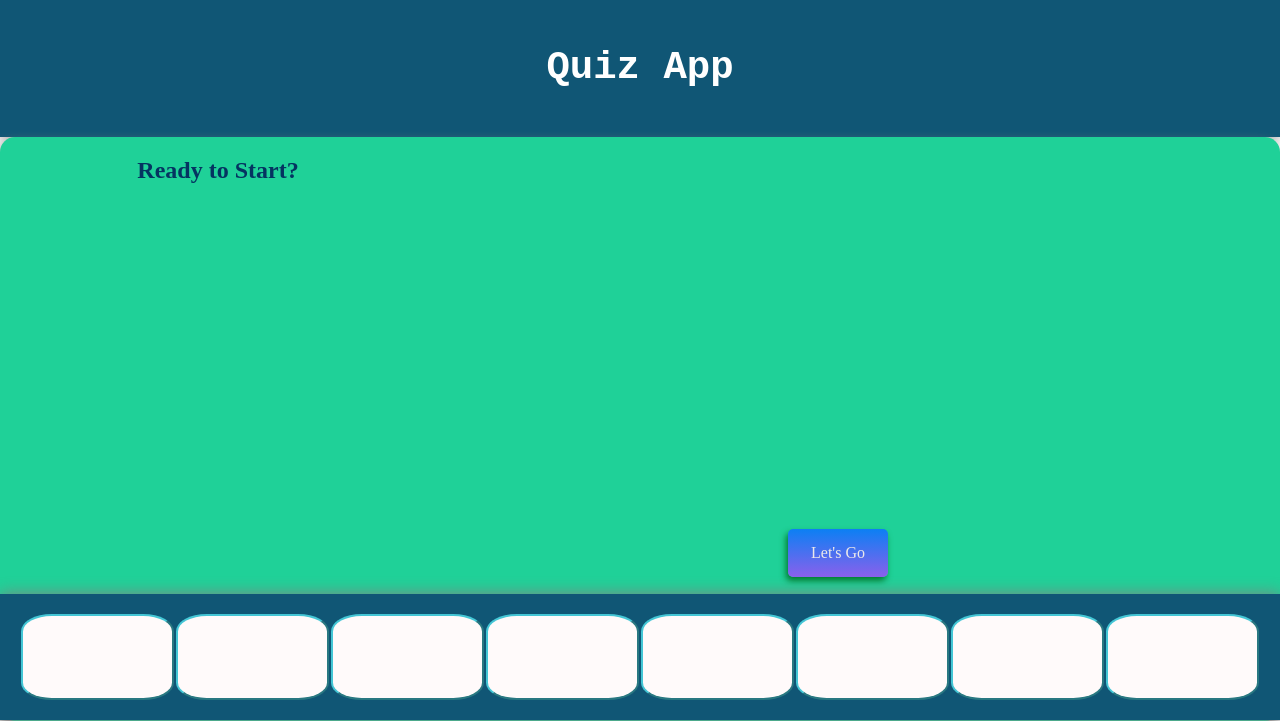
Repository: tpic12/quiz_app
Page: index.html
An editor plug-in stored every save of this project. The page is shown before and after the next save, followed by the edit.
The browser window is 1280 px wide. The pictures show the whole page.

Above is the page before, as saved 2019-12-28 15:43:12.

### index.html
<!DOCTYPE html>
<html lang="en">

<head>
  <meta charset="UTF-8">
  <meta name="viewport" content="width=device-width, initial-scale=1.0">
  <meta http-equiv="X-UA-Compatible" content="ie=edge">
  <title>Quiz App</title>
  <link href="https://cdnjs.cloudflare.com/ajax/libs/normalize/8.0.1/normalize.min.css" rel="stylesheet"
    type="text/css" />
  <link href="app.css" rel="stylesheet" type="text/css" />
</head>

<body>
  <header>
    <section class='banner'>
      <h1>Quiz App</h1>
    </section>
  </header>
  <main class='display'>

  </main>
  <footer>
    <section class='counts'>
        <div class='count 0'></div>
        <div class='count 1'></div>
        <div class='count 2'></div>
        <div class='count 3'></div>
        <div class='count 4'></div>
        <div class='count 5'></div>
        <div class='count 6'></div>
        <div class='count 7'></div>
    </section>
  </footer>
  <script src="https://code.jquery.com/jquery-3.4.1.slim.js" crossorigin="anonymous"></script>
  <script src="app.js"></script>
</body>

</html>

### app.css
/* Your styles should be mobile-first and responsive */

/**
  * If you are unclear on how to utilize a mobile-first, responsive technique to write your CSS, here is an example:
  *
  * https://github.com/andreacardybailey/responsive_example/blob/master/styles/responsive-base.css
  *
*/
* {
  box-sizing: border-box;
  margin: 0 auto;
}

.banner h1 {
  font-family: monospace;
  font-size: 3em;
}

.banner,
footer {
  color: white;
  font-family: monospace;
  padding: 20px;
  width: 100%;
  text-align: center;
  background-color: hsl(198, 76%, 26%);
  box-shadow: 0px 0px 15px grey;
  border-bottom: none;
  left: 0;
}

.main_card {
  display: flex;
  min-width: 40vw;
  min-height: 40vh;
  text-align: center;
  justify-content: center;
  align-content: space-around;
  background-color: hsl(161, 74%, 47%);
  border-radius: 15px;
  padding: 20px;
  border: none;
  box-shadow: -2px 6px 12px grey;
}

button {
  margin: 30%;
  margin-bottom: 10%;
  color: hsl(0, 7%, 92%);
  background: linear-gradient(180deg, hsl(210, 91%, 50%), hsl(258, 78%, 65%));
  border: none;
  max-width: 130px;
  min-width: 100px;
  border-radius: 5px;
  padding: 15px;
  box-shadow: -2px 4px 6px hsl(142, 98%, 24%);
}

.main_card > form#qForm {
  display: flex;
  flex-flow: column wrap;
  justify-content: center;
  text-align: center;
  margin: 0 auto;
  width: 60vw;
}

.main_card > h2 {
  justify-self: center;
  font-weight: bolder;
  color: hsl(210, 90%, 20%);
}

#qForm > div {
  margin-left: 5vw;
  margin-right: auto;
}

footer {
  position: fixed;
  bottom: 0;
  left: 0;
  max-height: 20vh;
}

.counts {
  display: flex;
  justify-content: space-evenly;
}

.count {
  border: 2px outset hsl(186, 63%, 55%);
  font-family: 'Gill Sans', 'Gill Sans MT', Calibri, 'Trebuchet MS', sans-serif;
  border-radius: 20%;
  flex-direction: row;
  width: 12vw;
  height: 12vh;
  background-color: hsl(0, 100%, 99%);
  padding: 15px;
  -webkit-border-radius: 20%;
  -moz-border-radius: 20%;
  -ms-border-radius: 20%;
  -o-border-radius: 20%;
}

h1 {
  font-family: sans-serif;
}

.green {
  background-color: green !important;
}

.red {
  background-color: red !important;
}

#snackbar > p {
  visibility: hidden;
  min-width: 15vw;

  color: #fff;
  text-align: center;
  align-content: flex-start;
  padding: 5px;
  position: absolute;
  z-index: 1;
  left: ;
  top: -30px;
}

#snackbar.show {
  visibility: visible;
  /-webkit-animation: fadein 0.5s, fadeout 0.5s 2.5s;
  animation: fadein 0.5s, fadeout 0.5s 2.5s;
}

@media screen and (max-width: 450px) {
  .main_card {
    flex-flow: row wrap;
    max-width: 90vw;
  }

  #qForm {
    font-size: 0.8em;
    padding: 5px !important;
    margin: 5px;
    flex-flow: column wrap !important;
  }
  #qForm > div {
    margin-left: 15px;
    margin-right: auto;
  }
  #qForm > input {
    display: inline-block !important;
  }

  #qForm > label {
    display: inline-block !important;
  }
  footer {
    height: 40vh;
    overflow: scroll;
  }
  .counts {
    flex-direction: column;
  }

  .count {
    width: 100%;
    margin: 5px;
    height: 20px;
    border: 1px solid aquamarine;
    border-radius: 0;
    -webkit-border-radius: 0;
    -moz-border-radius: 0;
    -ms-border-radius: 0;
    -o-border-radius: 0;
  }
}

### app.js
/**
 * Example store structure
 */
'use strict';

const STORE = {
  // 5 or more questions are required
  questions: [
    {
      question: 'How many items in a bakers dozen??',
      answers: ['11', '12', '13', '3'],
      correctAnswer: '13'
    },
    {
      question: 'What month is Oktoberfest held?',
      answers: ['September', 'October', 'Every Month', 'August'],
      correctAnswer: 'September'
    },
    {
      question: 'What color is an Orange Blossom?',
      answers: ['Red', 'Orange', 'Pink', 'White'],
      correctAnswer: 'White'
    },
    {
      question: 'Where did the Panama Hat originate?',
      answers: ['Ecuador', 'Panama', 'China', 'Cuba'],
      correctAnswer: 'Ecuador'
    },
    {
      question: 'What are toy marbles made from?',
      answers: ['Plastic', 'Quartz', 'Diamond', 'Glass'],
      correctAnswer: 'Glass'
    },
    {
      question: 'How many gallons are in a ten-gallon hat?',
      answers: [
        'Half a Gallon',
        'Ten-Gallons',
        'Three-Fourths of a Gallon',
        'Give-Gallon'
      ],
      correctAnswer: 'Three-Fourths of a Gallon'
    },
    {
      question: 'What is the biggest animal to ever live?',
      answers: ['Mammoth', 'T-Rex', 'Blue Whale', 'Brontosaurus'],
      correctAnswer: 'Blue Whale'
    },
    {
      question: 'Where is the red-bellied woodpecker predominately red?',
      answers: ['Head', 'Wings', 'Feet', 'Belly'],
      correctAnswer: 'Head'
    }
  ],
  questionNumber: 0,
  score: 0,
  quizStart: false
};

/**
 *
 * Your app should include a render() function, that regenerates
 * the view each time the store is updated. See your course
 * material, consult your instructor, and reference the slides
 * for more details.
 *
 * NO additional HTML elements should be added to the index.html file.
 *
 * You may add attributes (classes, ids, etc) to the existing HTML elements, or link stylesheets or additional scripts if necessary
 *
 */

/**
 * This function renders the quiz after you start, ...
 * answer a question, or restart the quiz
 */
function renderStartQuiz() {
  const mainCard = `<section class="main_card">
      <h2>Ready to Start?</h2>
      <button type='submit' id='start_quiz'>Let's Go</button>
    </section>`;

  $('.display').html(mainCard);

  $('.display').on('click', '#start_quiz', function(event) {
    event.preventDefault();
    STORE.quizStart = true;
    $('.main_card')
      .children()
      .remove();
    handleQuiz();
  });
}
/**
 * renders question one at a time depending on question number
 */
function renderQuestion() {
  if (
    STORE.questionNumber === STORE.questions.length &&
    STORE.questionNumber > 1
  ) {
    renderResults();
  } else {
    const qCard = `<h2>${STORE.questions[STORE.questionNumber].question}</h2>
    <form id="qForm">
<div>
        <input type='radio' name='answer' id='q1' value="${
          STORE.questions[STORE.questionNumber].answers[0]
        }"/><label for='q1' id='0'>${
      STORE.questions[STORE.questionNumber].answers[0]
    }</label>
</div>
<div>
        <input type='radio' name='answer' id='q2' value="${
          STORE.questions[STORE.questionNumber].answers[1]
        }"/><label for='q2' id='1'>${
      STORE.questions[STORE.questionNumber].answers[1]
    }</label></div>

    <div>
        <input type='radio' name='answer' id='q3' value="${
          STORE.questions[STORE.questionNumber].answers[2]
        }"/><label for='q3' id='2'>${
      STORE.questions[STORE.questionNumber].answers[2]
    }</label>
</div><div>
        <input type='radio' name='answer' id='q4' value="${
          STORE.questions[STORE.questionNumber].answers[3]
        }"/><label for='q4' id='3'>${
      STORE.questions[STORE.questionNumber].answers[3]
    }</label></div><br>
    <form>
    <button type='submit' id='submit_answer'>Final Answer</button>`;

    $('.main_card').html(qCard);
    $('input:checked').on('su');
    $('.main_card').on('click', '#submit_answer', function(event) {
      event.preventDefault();
      checkAnswer();
      //original next question spot

      $('.main_card')
        .children()
        .remove();

      handleQuiz();
    });
  }
}
/**
 * renders results page

 */

function generateResults(finalScore, numberOfQuestions) {
  return `<h2>You scored ${finalScore} out of ${numberOfQuestions}!</h2><button id='restart'>Restart Quiz</button>`;
}

/* Render results element with button that restarts the quiz*/
function renderResults() {
  let score = STORE.score;
  let num = STORE.questionNumber;

  $('.main_card').html(generateResults(score, num));
  $('#restart').click(function(event) {
    event.preventDefault();
    console.log('Restarting Quiz');

    STORE.questionNumber = 0;
    STORE.score = 0;
    $('.count')
      .removeClass('snackbar')
      .removeClass('red')
      .removeClass('green')
      .removeClass('show')
      .text('');
    renderStartQuiz();
  });
}

/**
 * this function checks the correctnes of the answer
 */
function checkAnswer() {
  let form = document.getElementById('qForm');
  let ans = form['answer'];
  for (let i = 0; i < ans.length; i++) {
    //is a button checked
    if (ans[i].checked) {
      //compare value of ans[i] to correct answer
      if (
        ans[i].value === STORE.questions[STORE.questionNumber].correctAnswer
      ) {
        scoreKeeper(true);
      } else {
        scoreKeeper(false);
      }
    }
  }
}

function generateAnswerSnackbar(questionAnswer) {
  return `<div class=.${STORE.questionNumber}>
              <p>Sorry, the correct answer is ${questionAnswer}</p>
          </div>`;
}

function scoreKeeper(bool) {
  if (bool === true) {
    console.log('plus 1 point');
    STORE.score++;
    $(`.${STORE.questionNumber}`)
      .addClass('green')
      .addClass('snackbar')
      .html(`<p>Correct!</p>`);
    $('section.main_card');
    console.log('next q!');
    STORE.questionNumber++;
  }
  if (bool === false) {
    console.log('no points for you');
    $(`.${STORE.questionNumber}`)
      .addClass('red')
      .addClass('snackbar')
      .html(
        generateAnswerSnackbar(
          STORE.questions[STORE.questionNumber].correctAnswer
        )
      );
    console.log('next q!');
    STORE.questionNumber++;
  }
}

function handleQuiz() {
  if (STORE.quizStart === false) {
    renderStartQuiz();
  } else {
    renderQuestion();
  }
}

$(handleQuiz);

After the next save:
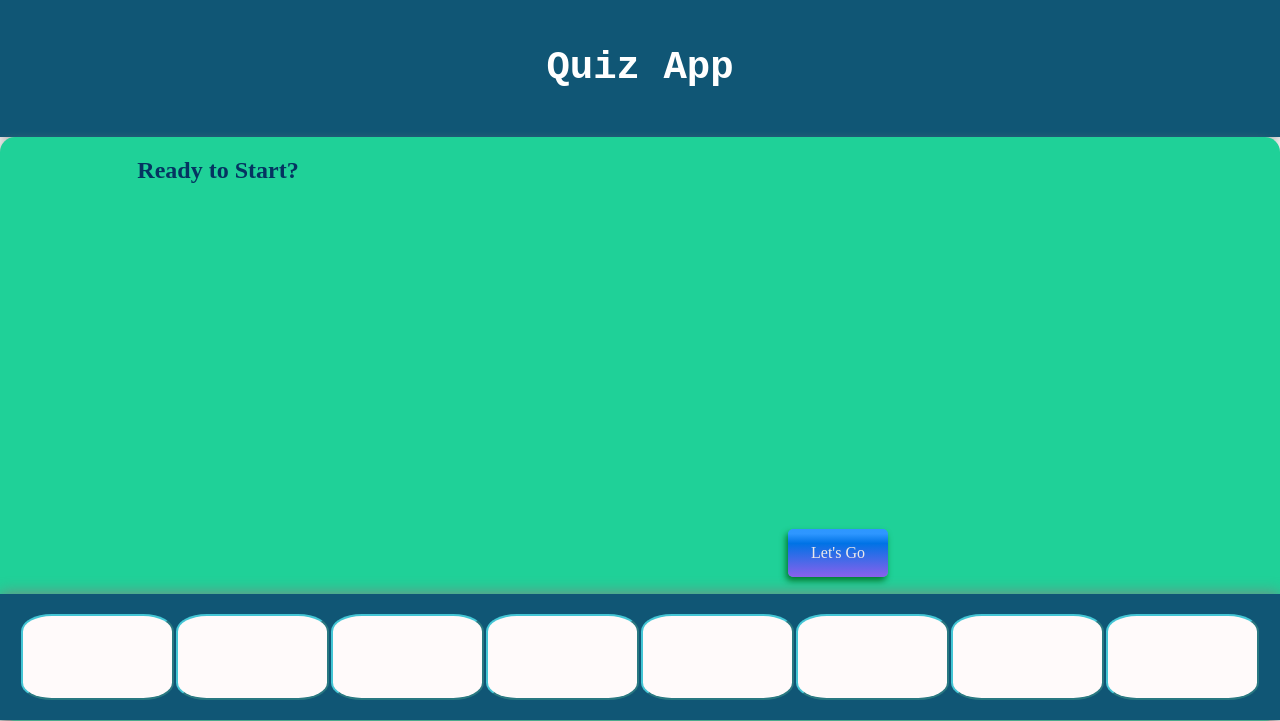
Saved 57 s later.
--- a/app.css
+++ b/app.css
@@ -47,7 +47,12 @@ button {
   margin: 30%;
   margin-bottom: 10%;
   color: hsl(0, 7%, 92%);
-  background: linear-gradient(180deg, hsl(210, 91%, 50%), hsl(258, 78%, 65%));
+  background: linear-gradient(
+    180deg,
+    hsl(210, 100%, 59%) 10%,
+    hsl(210, 100%, 45%) 30%,
+    hsl(258, 78%, 65%)
+  );
   border: none;
   max-width: 130px;
   min-width: 100px;
